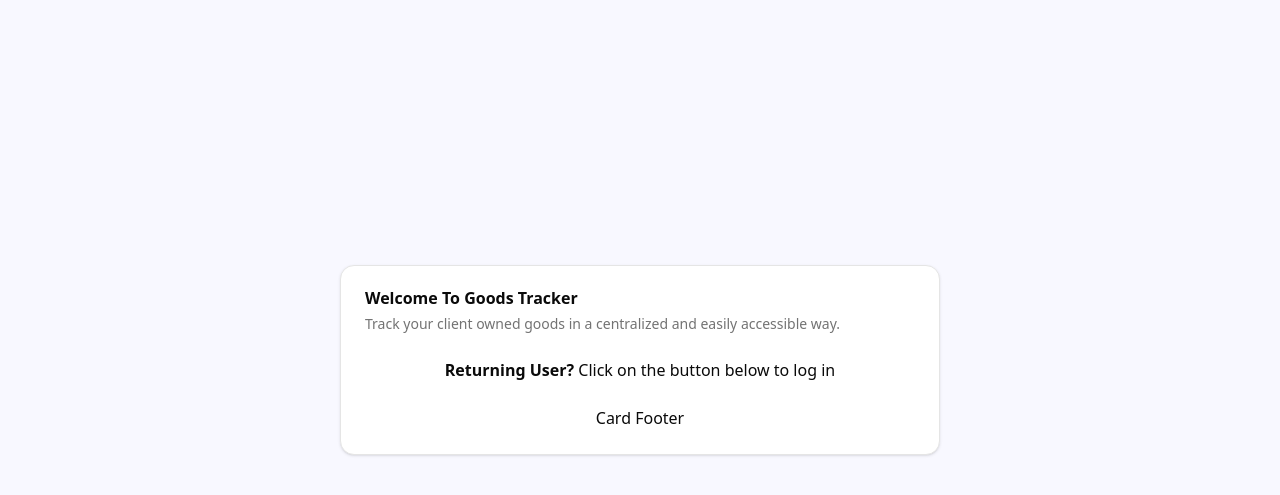
Repository: Renzo-Salosagcol/cog_tracker
Page: /
The author's editor kept a copy of each file at every save. The page is drawn from the files as they stood at one save, then again after the next save.
The browser window is 1280 px wide. The pictures show the whole page.
The project was rebuilt for these pictures with package versions that can differ from the ones it lists, and the page was loaded fresh each time. The framework's server and built-in components were replaced by stand-ins that run in the browser. Also part of the build but not shown: next.config.ts.

Above is the page before, as saved 2025-12-17 14:21:51.

### app/layout.tsx
import type { Metadata } from "next";
import { Geist, Geist_Mono } from "next/font/google";
import "./globals.css";

const geistSans = Geist({
  variable: "--font-geist-sans",
  subsets: ["latin"],
});

const geistMono = Geist_Mono({
  variable: "--font-geist-mono",
  subsets: ["latin"],
});

export const metadata: Metadata = {
  title: "COG Tracker",
  description: "COG tracker created to track client owned goods in a centralized and easily accessible way",
};

export default function RootLayout({
  children,
}: Readonly<{
  children: React.ReactNode;
}>) {
  return (
    <html lang="en">
      <body
        className={`${geistSans.variable} ${geistMono.variable} antialiased`}
      >
        {children}
      </body>
    </html>
  );
}

### app/page.tsx
import {
  Card,
  CardAction,
  CardContent,
  CardDescription,
  CardFooter,
  CardHeader,
  CardTitle,
} from "@/components/ui/card"

export default function Home() {
  return (
    <div className="root-page-element bg-background">
      <Card className="*
        glassmorphism flex flex-cols-1 min-w-150 items-center justify-center">
        <CardHeader className="w-full">
          <CardTitle>Welcome To Goods Tracker</CardTitle>
          <CardDescription>Track your client owned goods in a centralized and easily accessible way.</CardDescription>
        </CardHeader>
        <CardContent>
          <p>
            <span className="font-bold">Returning User? </span>
            Click on the button below to log in
          </p>
        </CardContent>
        <CardFooter>
          <p>Card Footer</p>
        </CardFooter>
      </Card>
    </div>
  );
}

### app/globals.css
@import "tailwindcss";
@import "tw-animate-css";

@custom-variant dark (&:is(.dark *));

@theme inline {
  --radius-sm: calc(var(--radius) - 4px);
  --radius-md: calc(var(--radius) - 2px);
  --radius-lg: var(--radius);
  --radius-xl: calc(var(--radius) + 4px);
  --radius-2xl: calc(var(--radius) + 8px);
  --radius-3xl: calc(var(--radius) + 12px);
  --radius-4xl: calc(var(--radius) + 16px);
  --color-background: var(--background);
  --color-foreground: var(--foreground);
  --color-card: var(--card);
  --color-card-foreground: var(--card-foreground);
  --color-popover: var(--popover);
  --color-popover-foreground: var(--popover-foreground);
  --color-primary: var(--primary);
  --color-primary-foreground: var(--primary-foreground);
  --color-secondary: var(--secondary);
  --color-secondary-foreground: var(--secondary-foreground);
  --color-muted: var(--muted);
  --color-muted-foreground: var(--muted-foreground);
  --color-accent: var(--accent);
  --color-accent-foreground: var(--accent-foreground);
  --color-destructive: var(--destructive);
  --color-border: var(--border);
  --color-input: var(--input);
  --color-ring: var(--ring);
  --color-chart-1: var(--chart-1);
  --color-chart-2: var(--chart-2);
  --color-chart-3: var(--chart-3);
  --color-chart-4: var(--chart-4);
  --color-chart-5: var(--chart-5);
  --color-sidebar: var(--sidebar);
  --color-sidebar-foreground: var(--sidebar-foreground);
  --color-sidebar-primary: var(--sidebar-primary);
  --color-sidebar-primary-foreground: var(--sidebar-primary-foreground);
  --color-sidebar-accent: var(--sidebar-accent);
  --color-sidebar-accent-foreground: var(--sidebar-accent-foreground);
  --color-sidebar-border: var(--sidebar-border);
  --color-sidebar-ring: var(--sidebar-ring);
}

:root {
  --radius: 0.625rem;
  --background: #f8f8ff; /* Ghost White */
  --foreground: #080808; /* Vampire Black */
  --card: oklch(1 0 0);
  --card-foreground: oklch(0.145 0 0);
  --popover: oklch(1 0 0);
  --popover-foreground: oklch(0.145 0 0);
  --primary: oklch(0.205 0 0);
  --primary-foreground: oklch(0.985 0 0);
  --secondary: oklch(0.97 0 0);
  --secondary-foreground: oklch(0.205 0 0);
  --muted: oklch(0.97 0 0);
  --muted-foreground: oklch(0.556 0 0);
  --accent: oklch(0.97 0 0);
  --accent-foreground: oklch(0.205 0 0);
  --destructive: oklch(0.577 0.245 27.325);
  --border: oklch(0.922 0 0);
  --input: oklch(0.922 0 0);
  --ring: oklch(0.708 0 0);
  --chart-1: oklch(0.646 0.222 41.116);
  --chart-2: oklch(0.6 0.118 184.704);
  --chart-3: oklch(0.398 0.07 227.392);
  --chart-4: oklch(0.828 0.189 84.429);
  --chart-5: oklch(0.769 0.188 70.08);
  --sidebar: oklch(0.985 0 0);
  --sidebar-foreground: oklch(0.145 0 0);
  --sidebar-primary: oklch(0.205 0 0);
  --sidebar-primary-foreground: oklch(0.985 0 0);
  --sidebar-accent: oklch(0.97 0 0);
  --sidebar-accent-foreground: oklch(0.205 0 0);
  --sidebar-border: oklch(0.922 0 0);
  --sidebar-ring: oklch(0.708 0 0);
}

.dark {
  --background: #080808; /* Vampire Black */
  --foreground: #f8f8ff; /* Ghost White */
  --card: oklch(0.205 0 0);
  --card-foreground: oklch(0.985 0 0);
  --popover: oklch(0.205 0 0);
  --popover-foreground: oklch(0.985 0 0);
  --primary: oklch(0.922 0 0);
  --primary-foreground: oklch(0.205 0 0);
  --secondary: oklch(0.269 0 0);
  --secondary-foreground: oklch(0.985 0 0);
  --muted: oklch(0.269 0 0);
  --muted-foreground: oklch(0.708 0 0);
  --accent: oklch(0.269 0 0);
  --accent-foreground: oklch(0.985 0 0);
  --destructive: oklch(0.704 0.191 22.216);
  --border: oklch(1 0 0 / 10%);
  --input: oklch(1 0 0 / 15%);
  --ring: oklch(0.556 0 0);
  --chart-1: oklch(0.488 0.243 264.376);
  --chart-2: oklch(0.696 0.17 162.48);
  --chart-3: oklch(0.769 0.188 70.08);
  --chart-4: oklch(0.627 0.265 303.9);
  --chart-5: oklch(0.645 0.246 16.439);
  --sidebar: oklch(0.205 0 0);
  --sidebar-foreground: oklch(0.985 0 0);
  --sidebar-primary: oklch(0.488 0.243 264.376);
  --sidebar-primary-foreground: oklch(0.985 0 0);
  --sidebar-accent: oklch(0.269 0 0);
  --sidebar-accent-foreground: oklch(0.985 0 0);
  --sidebar-border: oklch(1 0 0 / 10%);
  --sidebar-ring: oklch(0.556 0 0);
}

@layer base {
  * {
    @apply border-border outline-ring/50;
  }
  body {
    @apply bg-background text-foreground;
  }
}

@utility root-page-element {
  @apply min-h-screen flex flex-col items-center justify-center;
}

@utility glassmorphism {
  @apply bg-background/70 backdrop-blur-lg
}

### components/ui/card.tsx
import * as React from "react"

import { cn } from "@/lib/utils"

function Card({ className, ...props }: React.ComponentProps<"div">) {
  return (
    <div
      data-slot="card"
      className={cn(
        "bg-card text-card-foreground flex flex-col gap-6 rounded-xl border py-6 shadow-sm",
        className
      )}
      {...props}
    />
  )
}

function CardHeader({ className, ...props }: React.ComponentProps<"div">) {
  return (
    <div
      data-slot="card-header"
      className={cn(
        "@container/card-header grid auto-rows-min grid-rows-[auto_auto] items-start gap-2 px-6 has-data-[slot=card-action]:grid-cols-[1fr_auto] [.border-b]:pb-6",
        className
      )}
      {...props}
    />
  )
}

function CardTitle({ className, ...props }: React.ComponentProps<"div">) {
  return (
    <div
      data-slot="card-title"
      className={cn("leading-none font-semibold", className)}
      {...props}
    />
  )
}

function CardDescription({ className, ...props }: React.ComponentProps<"div">) {
  return (
    <div
      data-slot="card-description"
      className={cn("text-muted-foreground text-sm", className)}
      {...props}
    />
  )
}

function CardAction({ className, ...props }: React.ComponentProps<"div">) {
  return (
    <div
      data-slot="card-action"
      className={cn(
        "col-start-2 row-span-2 row-start-1 self-start justify-self-end",
        className
      )}
      {...props}
    />
  )
}

function CardContent({ className, ...props }: React.ComponentProps<"div">) {
  return (
    <div
      data-slot="card-content"
      className={cn("px-6", className)}
      {...props}
    />
  )
}

function CardFooter({ className, ...props }: React.ComponentProps<"div">) {
  return (
    <div
      data-slot="card-footer"
      className={cn("flex items-center px-6 [.border-t]:pt-6", className)}
      {...props}
    />
  )
}

export {
  Card,
  CardHeader,
  CardFooter,
  CardTitle,
  CardAction,
  CardDescription,
  CardContent,
}

Loaded but not shown: lib/utils.ts (common file)

After the next save:
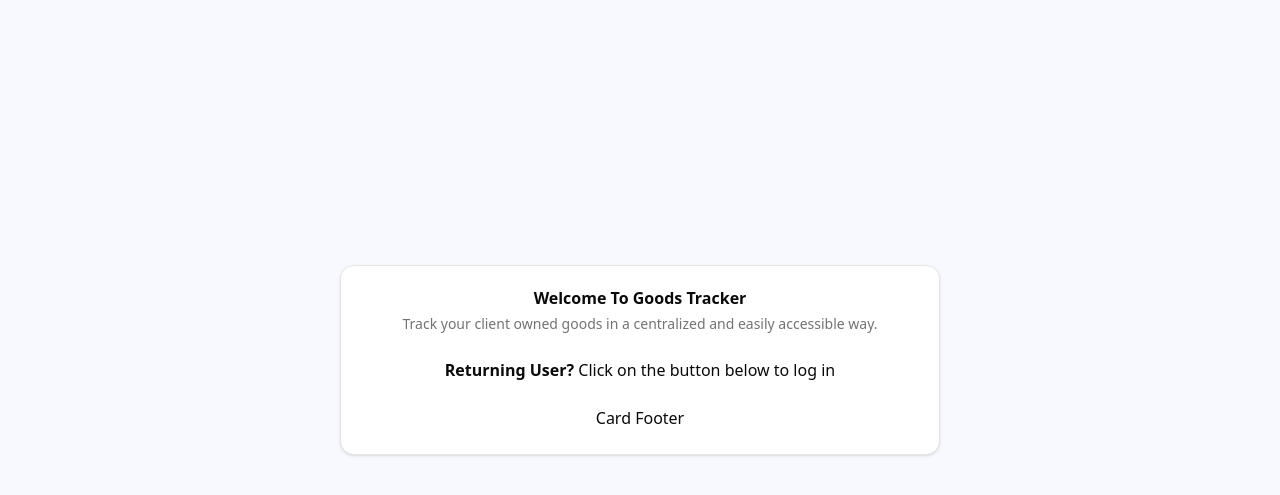
Saved 10 s later.
--- a/app/page.tsx
+++ b/app/page.tsx
@@ -13,7 +13,7 @@ export default function Home() {
     <div className="root-page-element bg-background">
       <Card className="*
         glassmorphism flex flex-cols-1 min-w-150 items-center justify-center">
-        <CardHeader className="w-full">
+        <CardHeader className="w-full items-center justify-center text-center">
           <CardTitle>Welcome To Goods Tracker</CardTitle>
           <CardDescription>Track your client owned goods in a centralized and easily accessible way.</CardDescription>
         </CardHeader>
